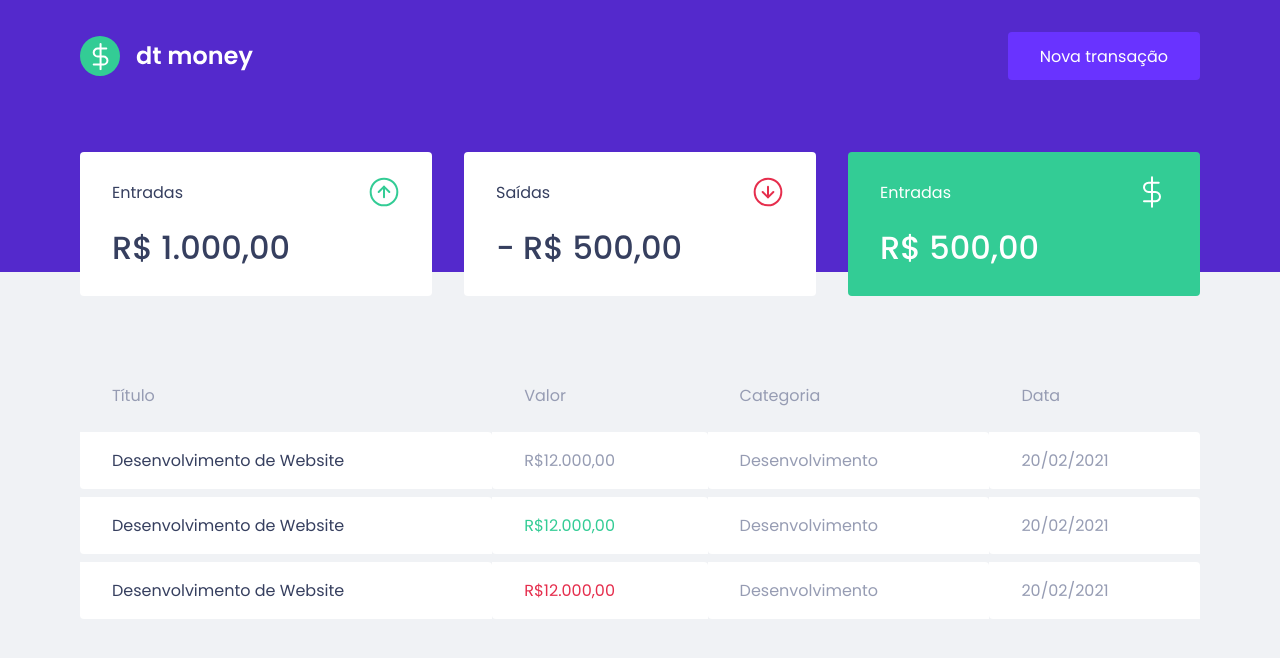
Repository: lucaslopesdevv/dtmoney
Page: /
An editor plug-in stored every save of this project. The page is shown before and after the next save, followed by the edit.
The browser window is 1280 px wide. The pictures show the whole page.
The project was rebuilt for these pictures with package versions that can differ from the ones it lists, and the page was loaded fresh each time.

Above is the page before, as saved 2021-12-06 22:13:41.

After the next save:
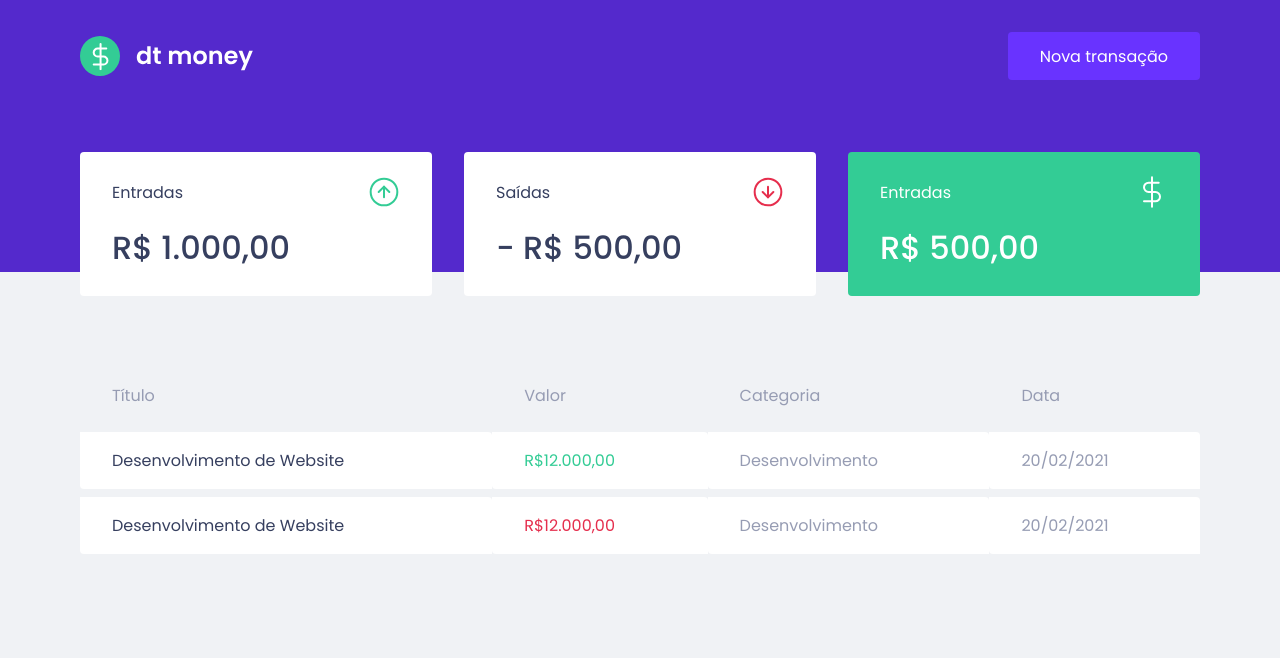
Saved 9 s later.
--- a/src/components/TransactionsTable/index.tsx
+++ b/src/components/TransactionsTable/index.tsx
@@ -15,12 +15,6 @@ export function TransactionsTable(){
                 <tbody>
                     <tr>
                         <td>Desenvolvimento de Website</td>
-                        <td>R$12.000,00</td>
-                        <td>Desenvolvimento</td>
-                        <td>20/02/2021</td>
-                    </tr>
-                    <tr>
-                        <td>Desenvolvimento de Website</td>
                         <td className="deposit">R$12.000,00</td>
                         <td>Desenvolvimento</td>
                         <td>20/02/2021</td>
